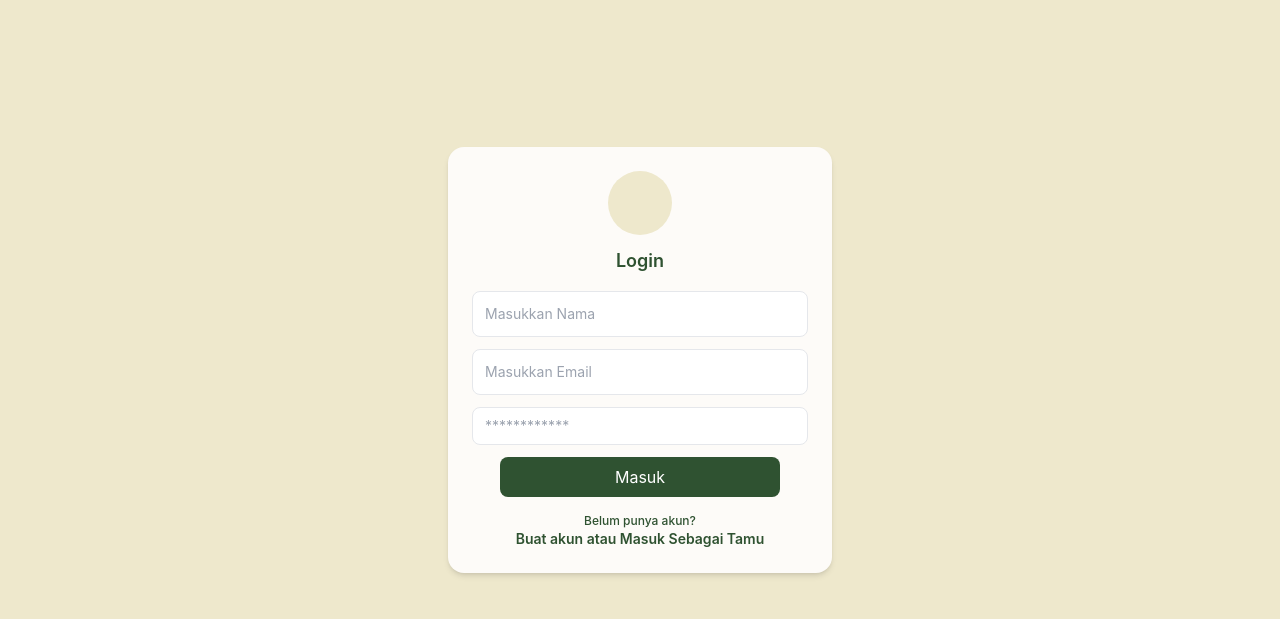
Repository: PajarAland/DiagramCoffee
Page: /login
An editor plug-in stored every save of this project. The page is shown before and after the next save, followed by the edit.
The browser window is 1280 px wide. The pictures show the whole page.
The project was rebuilt for these pictures with package versions that can differ from the ones it lists, and the page was loaded fresh each time. Also part of the build but not shown: vite.config.js, src/pages/Landing.jsx.

Above is the page before, as saved 2026-04-25 01:19:20.

### index.html
<!doctype html>
<html lang="en">
  <head>
    <meta charset="UTF-8" />
    <link rel="icon" type="image/svg+xml" href="/favicon.svg" />
    <meta name="viewport" content="width=device-width, initial-scale=1.0" />
    <title>diagramcoffee</title>
  </head>
  <body>
    <div id="root"></div>
    <script type="module" src="/src/main.jsx"></script>
  </body>
</html>

### src/index.css
@tailwind base;
@tailwind components;
@tailwind utilities;

body {
  @apply font-sans;
}

### src/App.jsx
import { BrowserRouter, Routes, Route } from "react-router-dom";
import Landing from "./pages/Landing";
import Login from "./pages/Login";

function App() {
  return (
    <BrowserRouter>
      <Routes>
        <Route path="/" element={<Landing />} />
        <Route path="/login" element={<Login />} />
      </Routes>
    </BrowserRouter>
  );
}

export default App;

### src/pages/Login.jsx
import { useState } from "react";

function Login() {
    const [email, setEmail] = useState("");
    const [password, setPassword] = useState("");

    const handleLogin = (e) => {
        e.preventDefault();
        console.log({ email, password });
        // nanti connect ke Laravel API di sini
    };

    return (
        <div className="min-h-screen bg-[#EEE8CC] flex items-center justify-center">
        <div className="bg-[#FDFBF8] w-full max-w-sm rounded-2xl p-6 shadow-md text-center">

            {/* Avatar */}
            <div className="w-16 h-16 bg-[#EEE8CC] rounded-full mx-auto mb-3"></div>

            {/* Title */}
            <h2 className="text-[#2F5231] font-semibold text-lg mb-4">
            Login
            </h2>

            {/* Form */}
            <form onSubmit={handleLogin} className="space-y-3">

            <input
                type="text"
                placeholder="Masukkan Nama"
                className="w-full border rounded-lg px-3 py-3 text-sm outline-none"
            />

            <input
                type="email"
                placeholder="Masukkan Email"
                value={email}
                onChange={(e) => setEmail(e.target.value)}
                className="w-full border rounded-lg px-3 py-3 text-sm outline-none"
            />

            <input
                type="password"
                placeholder="************"
                value={password}
                onChange={(e) => setPassword(e.target.value)}
                className="w-full border rounded-lg px-3 py-2 text-sm outline-none"
            />

            {/* Button */}
            <button
                type="submit"
                className="w-10/12 bg-[#2F5231] text-white py-2 rounded-lg mt-2"
            >
                Masuk
            </button>
            </form>

            {/* Footer */}
            <p className="text-xs text-[#2F5231] font-medium mt-4">
            Belum punya akun?
            </p>

            <div className="text-sm text-[#2F5231] font-semibold">
            Buat akun atau Masuk Sebagai Tamu
            </div>
        </div>
        </div>
    );
}

export default Login;

### tailwind.config.js
/** @type {import('tailwindcss').Config} */
export default {
  content: [
    "./index.html",
    "./src/**/*.{js,jsx,ts,tsx}",
  ],
  theme: {
    fontFamily: {
      sans: ["Inter", "ui-sans-serif", "system-ui"],
    },
    extend: {},
  },
  plugins: [],
}

Loaded but not shown: src/main.jsx (common file)

After the next save:
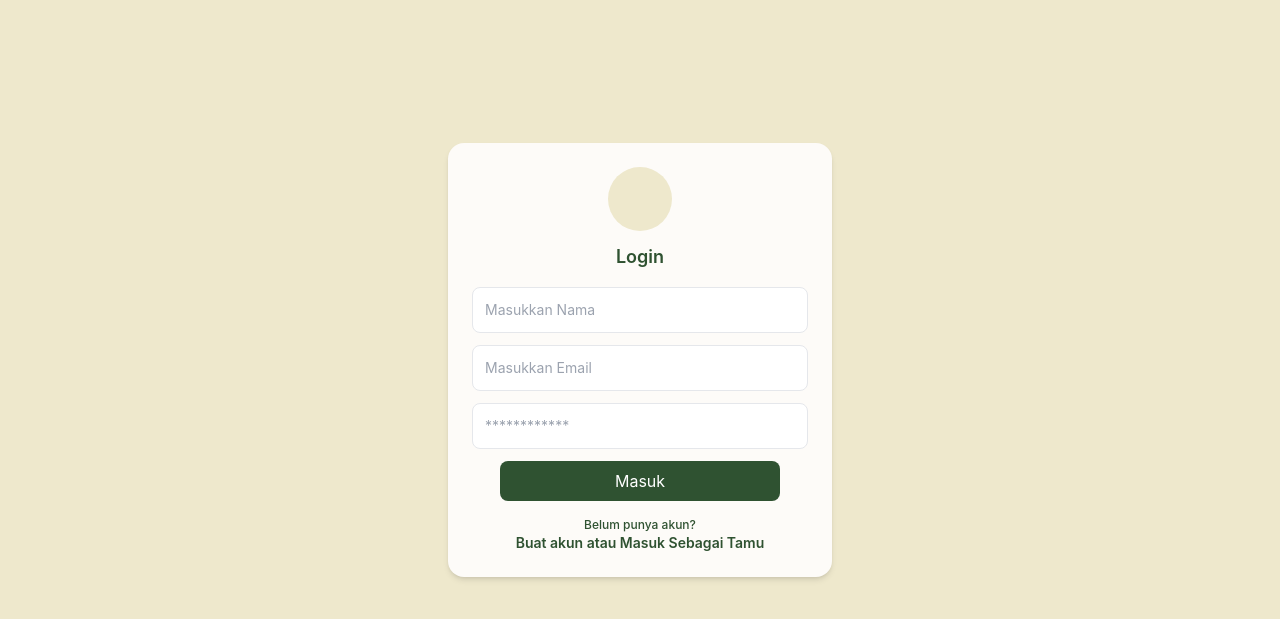
Saved 12 s later.
--- a/src/pages/Login.jsx
+++ b/src/pages/Login.jsx
@@ -44,7 +44,7 @@ function Login() {
                 placeholder="************"
                 value={password}
                 onChange={(e) => setPassword(e.target.value)}
-                className="w-full border rounded-lg px-3 py-2 text-sm outline-none"
+                className="w-full border rounded-lg px-3 py-3 text-sm outline-none"
             />
 
             {/* Button */}
